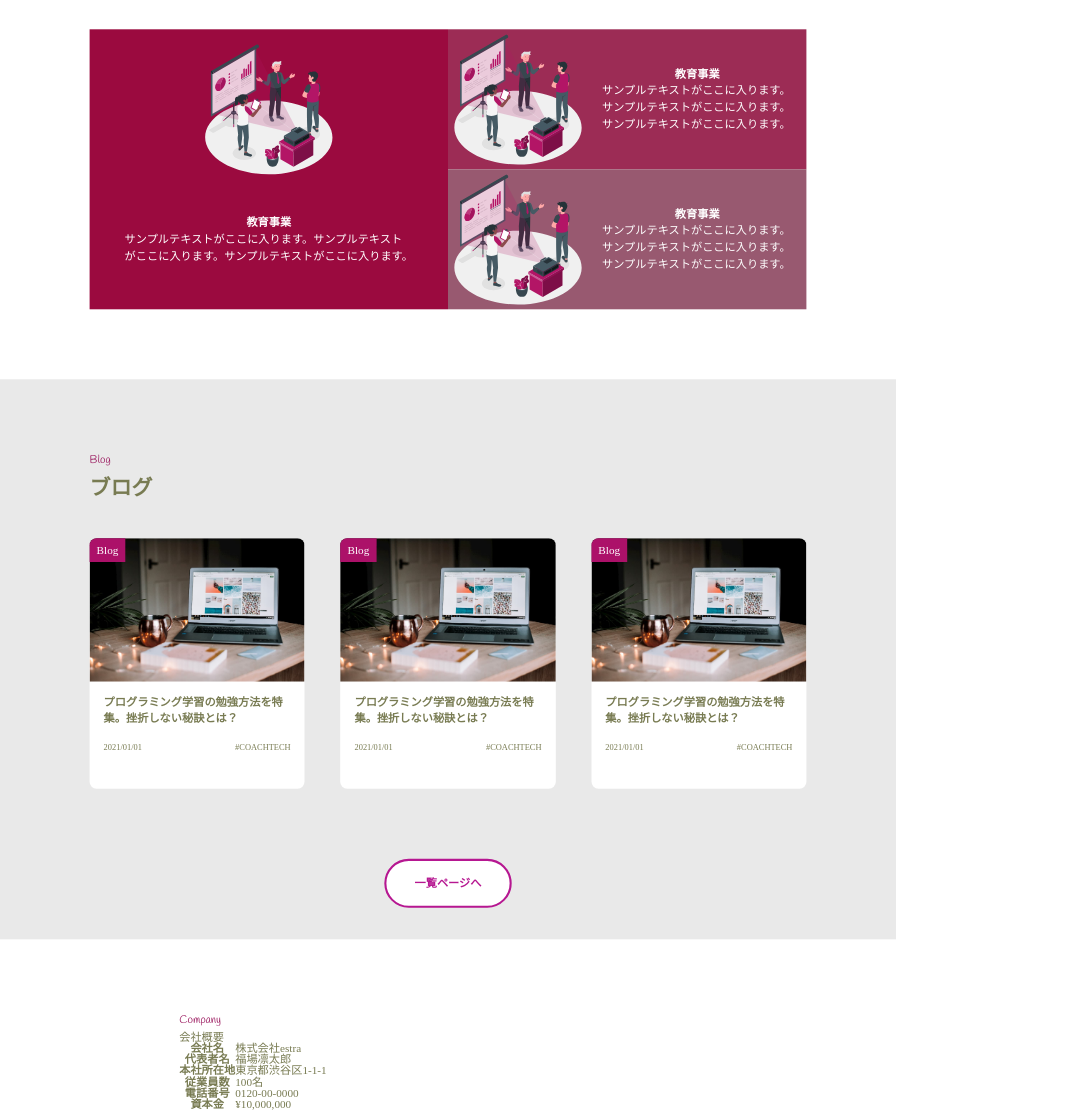
Repository: masanarimiura/20220504miura
Page: index.html
An editor plug-in stored every save of this project. The page is shown before and after the next save, followed by the edit.
The browser window is 1280 px wide. The page is 1536 px wide, so the pictures cover 1536 px, including what lies to the right of the window. The pictures show the part of the page from y = 1877 to 3477 px (the page is 3463 px tall before and 3477 px after), at 70% of full size.
Some web fonts or font styles are not loaded; a fallback is used.

Above is the page before, as saved 2022-05-05 00:51:23.

### index.html
<!DOCTYPE html>
<html lang="ja">

<head>
  <meta charset="UTF-8">
  <meta http-equiv="X-UA-Compatible" content="IE=edge">
  <meta name="viewport" content="width=device-width, initial-scale=1.0">
  <title>20220504miura</title>
  <link rel="stylesheet" href="css/reset.css">
  <link rel="stylesheet" href="css/style.css">
  <link rel="preconnect" href="https://fonts.googleapis.com">
  <link rel="preconnect" href="https://fonts.gstatic.com" crossorigin>
  <link href="https://fonts.googleapis.com/css2?family=Gochi+Hand&display=swap" rel="stylesheet">
  <link rel="preconnect" href="https://fonts.googleapis.com">
  <link rel="preconnect" href="https://fonts.gstatic.com" crossorigin>
  <link href="https://fonts.googleapis.com/css2?family=Handlee&display=swap" rel="stylesheet">
</head>

<header class="header">
  <div class="header-inner">
    <div class="header-logo">
      <a href="">ssssssss
        <img src="img/estra_logo.png" alt="">
      </a>
    </div>
    <nav class="header-nav">
      <ul class="header-nav-list">
        <li class="header-nav-item"><a href="" class="header-nav-link">
            News
          </a></li>
        <li class="header-nav-item"><a href="" class="header-nav-link">
            About
          </a></li>
        <li class="header-nav-item"><a href="" class="header-nav-link">
            Service
          </a></li>
        <li class="header-nav-item"><a href="" class="header-nav-link">
            Blog
          </a></li>
        <li class="header-nav-item"><a href="" class="header-nav-link">
            Company
          </a></li>
        <li class="header-nav-item"><a href="" class="header-nav-link">
            Contact
          </a></li>
      </ul>
    </nav>
  </div>
</header>
<div class="firstview">
  <img src="img/firstview.jpg" alt="">
  <div class="firstview-inner">
    <h2 class="firstview-ttl">
      Commit to the <span class="firstview-text-emphasis">growth</span> <br>for everone
    </h2>
    <div class="firstview">
      <p class="firstview-text">
        全ての人の<span class="firstview-text-emphasis">成長</span>にコミットする
      </p>
      <p class="firstview-en">
        Educational Technology Company <br>estra inc 2019
      </p>
    </div>
  </div>
</div>
<div class="news">
  <p class="news-icon icon">News</p>
  <h2 class="news-ttl">新着情報
  </h2>
  <table class="news-table">
    <tr class="news-table-tr">
      <td class="news-table-date">2021/01/01</td>
      <td class="news-table-news">ニュース</td>
      <td class="news-table-text">COACHTECHのサービスが開始されました。</td>
    </tr>
    <tr class="news-table-tr">
      <td class="news-table-date">2021/01/01</td>
      <td class="news-table-news">ニュース</td>
      <td class="news-table-text">COACHTECHのサービスが開始されました。</td>
    </tr>
    <tr class="news-table-tr">
      <td class="news-table-date">2021/01/01</td>
      <td class="news-table-news">ニュース</td>
      <td class="news-table-text">COACHTECHのサービスが開始されました。</td>
    </tr>
    <tr class="news-table-tr">
      <td class="news-table-date">2021/01/01</td>
      <td class="news-table-news">ニュース</td>
      <td class="news-table-text">COACHTECHのサービスが開始されました。</td>
    </tr>
    <tr class="news-table-tr">
      <td class="news-table-date">2021/01/01</td>
      <td class="news-table-news">ニュース</td>
      <td class="news-table-text">COACHTECHのサービスが開始されました。</td>
    </tr>
  </table>
</div>
<div class="about">
  <div class="about-top">
    <div class="about-icon icon">About</div>
    <h2 class="about-ttl">Technology x Coaching</h2>
  </div>
  <div class="about-inner">
    <div class="about-text">
      <p class="about-text-content">
        株式会社estraはデジタル化が遅れている教育業界に最新テクノロジーを導入することによって教育のDXを実現します。　<br><br>
        独自のオペレーションとコーチングを融合した新しい教育の仕組みにより、一人ひとりに合わせた最適な教育を提供します。
      </p>
    </div>
    <img src="img/about.jpg" alt="">
  </div>
</div>
<div class="service">
  <div class="service-top">
    <div class="service-icon icon">Service</div>
    <h2 class="service-ttl">サービス内容</h2>
  </div>
  <div class="service-box">
    <div class="service-box1">
      <img src="img/service__first.svg" alt="" class="service-img">
      <div class="service-explain1">
        <h3 class="service-box-ttl1">教育事業</h3>
        <p class="service-box-text1">サンプルテキストがここに入ります。サンプルテキストがここに入ります。サンプルテキストがここに入ります。</p>
      </div>
    </div>
    <div class="service-box2">
      <img src="img/service__first.svg" alt="" class="service-img">
      <div class="service-explain2">
        <h3 class="service-box-ttl2">教育事業</h3>
        <p class="service-box-text2">サンプルテキストがここに入ります。サンプルテキストがここに入ります。サンプルテキストがここに入ります。</p>
      </div>
    </div>
    <div class="service-box3">
      <img src="img/service__first.svg" alt="" class="service-img">
      <div class="service-explain2">
        <h3 class="service-box-ttl3">教育事業</h3>
        <p class="service-box-text3">サンプルテキストがここに入ります。サンプルテキストがここに入ります。サンプルテキストがここに入ります。</p>
      </div>
    </div>
  </div>
</div>
<div class="blog">
  <div class="blog-top">
    <div class="blog-icon icon">Blog</div>
    <h2 class="blog-ttl">ブログ</h2>
  </div>
  <div class="blog-main">
    <div class="blog-card">
      <img src="img/blog__first.jpg" alt="">
      <div class="blog-noti">Blog</div>
      <div class="blog-text">
        <p class="blog-text-content">プログラミング学習の勉強方法を特集。挫折しない秘訣とは？</p>
        <div class="blog-last">
          <div class="blog-date">2021/01/01</div>
          <div class="blog-tag">#COACHTECH</div>
        </div>
      </div>
    </div>
    <div class="blog-card">
      <img src="img/blog__first.jpg" alt="">
      <div class="blog-noti">Blog</div>
      <div class="blog-text">
        <p class="blog-text-content">プログラミング学習の勉強方法を特集。挫折しない秘訣とは？</p>
        <div class="blog-last">
          <div class="blog-date">2021/01/01</div>
          <div class="blog-tag">#COACHTECH</div>
        </div>
      </div>
    </div>
    <div class="blog-card">
      <img src="img/blog__first.jpg" alt="">
      <div class="blog-noti">Blog</div>
      <div class="blog-text">
        <p class="blog-text-content">プログラミング学習の勉強方法を特集。挫折しない秘訣とは？</p>
        <div class="blog-last">
          <div class="blog-date">2021/01/01</div>
          <div class="blog-tag">#COACHTECH</div>
        </div>
      </div>
    </div>
  </div>
  <div class="blog-btn">
    <a href="http://" class="blog-link">一覧ページへ</a>
  </div>
</div>
<div class="company">
  <div class="company-top">
    <div class="company-icon icon">Company</div>
    <div class="company-ttl">会社概要</div>
  </div>
  <table class="company-table">
    <tr class="company-tr">
      <th>会社名</th>
      <td>株式会社estra</td>
    </tr>
    <tr class="company-tr">
      <th>代表者名</th>
      <td>福場凛太郎</td>
    </tr>
    <tr class="company-tr">
      <th>本社所在地</th>
      <td>東京都渋谷区1-1-1</td>
    </tr>
    <tr class="company-tr">
      <th>従業員数</th>
      <td>100名</td>
    </tr>
    <tr class="company-tr">
      <th>電話番号</th>
      <td>0120-00-0000</td>
    </tr>
    <tr class="company-tr">
      <th>資本金</th>
      <td>&yen10,000,000</td>
    </tr>
  </table>
</div>

<body>

</body>

</html>

### css/style.css
* {
  color: rgb(120, 123, 82);
}
a {
  text-decoration: none;
  color: inherit;
}
.header {
  width: 100%;
}
.header-inner {
  display: flex;
  justify-content: space-between;
  margin: 10px 20px;
}
.header img {
  width: 100px;
}
.header-nav {
  margin: 10px 20px;
}
.header-nav-list {
  display: flex;
  justify-content: center;
}
.header-nav-item:not(:last-child) {
  padding-right: 20px;
}
.firstview {
  width: 100%;
  position: relative;
}
.firstview-inner {
  position: absolute;
  top: 20%;
  left: 20%;
  width: 100%;
}
.firstview img {
  width: 60%;
  margin: 0 0 0 auto;
  display: block;
}
.firstview-ttl {
  color: rgb(119, 21, 70);
  font-size: 50px;
  font-family: "Gochi Hand", cursive;
  line-height: 1.5;
}
.firstview-text {
  color: rgb(119, 21, 70);
  font-size: 20px;
  margin-top: 30px;
}
.firstview-en {
  line-height: 1.5;
  margin-top: 10px;
}
.firstview-text-emphasis {
  color: rgb(32, 134, 172);
  font-weight: bold;
}
.news {
  margin: 100px auto 0;
  width: 60%;
}
.icon {
  color: rgb(153, 21, 92);
  font-family: "Handlee", cursive;
  line-height: 2;
}
.news-ttl {
  font-size: 30px;
  color: rgb(114, 110, 95);
}
.news-table {
  align-items: center;
  border-top: 2px solid rgb(114, 110, 95);
  border-bottom: 2px solid rgb(114, 110, 95);
  margin-top: 20px;
}
.news-table-tr {
  border-bottom: 1px solid rgb(182, 177, 160);
  padding: 30px 0;
}
.news-table-tr td {
  padding: 20px 20px 20px 0;
}
.news-table-news {
  background-color: brown;
  display: inline-block;
  padding: 1px 1px;
  border-radius: 6px;
  margin: 0 0;
  text-align: center;
  align-items: center;
  color: #fff;
}
.about {
  width: 100%;
  background-color: rgb(233, 233, 233);
  margin-top: 100px;
  line-height: 1.5;
  height: 500px;
  padding: 50px 0 20px;
}
.about-top {
  text-align: center;
  margin: 20px;
}
.about-ttl {
  font-size: 30px;
  margin-bottom: 50px;
}
.about-inner {
  display: flex;
  justify-content: space-around;
}
.about-text {
  width: 30%;
}
.about-inner img {
  width: 30%;
}
.service {
  width: 80%;
  margin: 100px auto 0;
}
.service-top {
  margin-bottom: 50px;
}
.service-ttl {
  font-size: 30px;
}
.service-box {
  display: grid;
  grid-template-rows: 50% 50%;
  grid-template-columns: 50% 50%;
}
.service-box1 img,
.service-box2 img,
.service-box3 img {
  width: 200px;
  display: inline-block;
}
.service-box1 img {
  margin: 0 auto;
}
.service-box-ttl1,
.service-box-ttl2,
.service-box-ttl3,
.service-box-text1,
.service-box-text2,
.service-box-text3 {
  color: #fff;
}
.service-box-ttl1,
.service-box-ttl2,
.service-box-ttl3 {
  text-align: center;
}
.service-box1 {
  grid-column: 1/2;
  grid-row: 1/3;
  background-color: rgb(155, 10, 63);
  width: 100%;
  display: flex;
  flex-direction: column;
  justify-content: center;
}
.service-explain1 {
  line-height: 1.5;
  margin: 50px;
}
.service-box2 {
  grid-column: 2/3;
  grid-row: 1/2;
  background-color: rgb(156, 44, 85);
  width: 100%;
  display: flex;
  align-items: center;
}
.service-explain2 {
  line-height: 1.5;
  margin: 50px 20px;
}
.service-box3 {
  grid-column: 2/3;
  grid-row: 2/3;
  background-color: rgb(152, 89, 112);
  width: 100%;
  display: flex;
  align-items: center;
}
.service-explain3 {
  line-height: 1.5;
  margin: 50px 20px;
}
.blog {
  width: 100%;
  background-color: rgb(233, 233, 233);
  margin: 100px auto 0;
  line-height: 1.5;
  height: 700px;
  padding: 100px 0 0px;
}
.blog-top {
  width: 80%;
  margin: 0px auto auto;
}
.blog-ttl {
  font-size: 30px;
}
.blog-main {
  margin: 50px 10% auto;
  display: flex;
  justify-content: space-between;
}
.blog-card {
  width: 30%;
  border-radius: 10px;
  position: relative;
  background: #fff;
}
.blog-card img {
  width: 100%;
  border-radius: 10px 10px 0 0;
}
.blog-noti {
  position: absolute;
  top: 0;
  left: 0;
  background-color: rgb(172, 17, 105);
  color: #fff;
  padding: 5px 10px;
  border-radius: 10px 0 0 0;
}
.blog-text {
  padding: 10px 20px;
}
.blog-text-content {
  font-weight: bold;
}
.blog-last {
  margin: 20px 0;
  padding-bottom: 20px;
  display: flex;
  justify-content: space-between;
  font-size: 12px;
}
.blog-btn {
  display: flex;
  justify-content: center;
  margin: 100px;
}
.blog-link {
  background-color: #fff;
  padding: 20px 40px;
  border: 3px solid rgb(182, 23, 145);
  border-radius: 50px;
  font-weight: bold;
  color: rgb(182, 23, 145);
}
.company {
  width: 60%;
  margin: 100px auto 0;
}
.company-ttl {
  font-size: ;
}

Loaded but not shown: css/reset.css (common file)

After the next save:
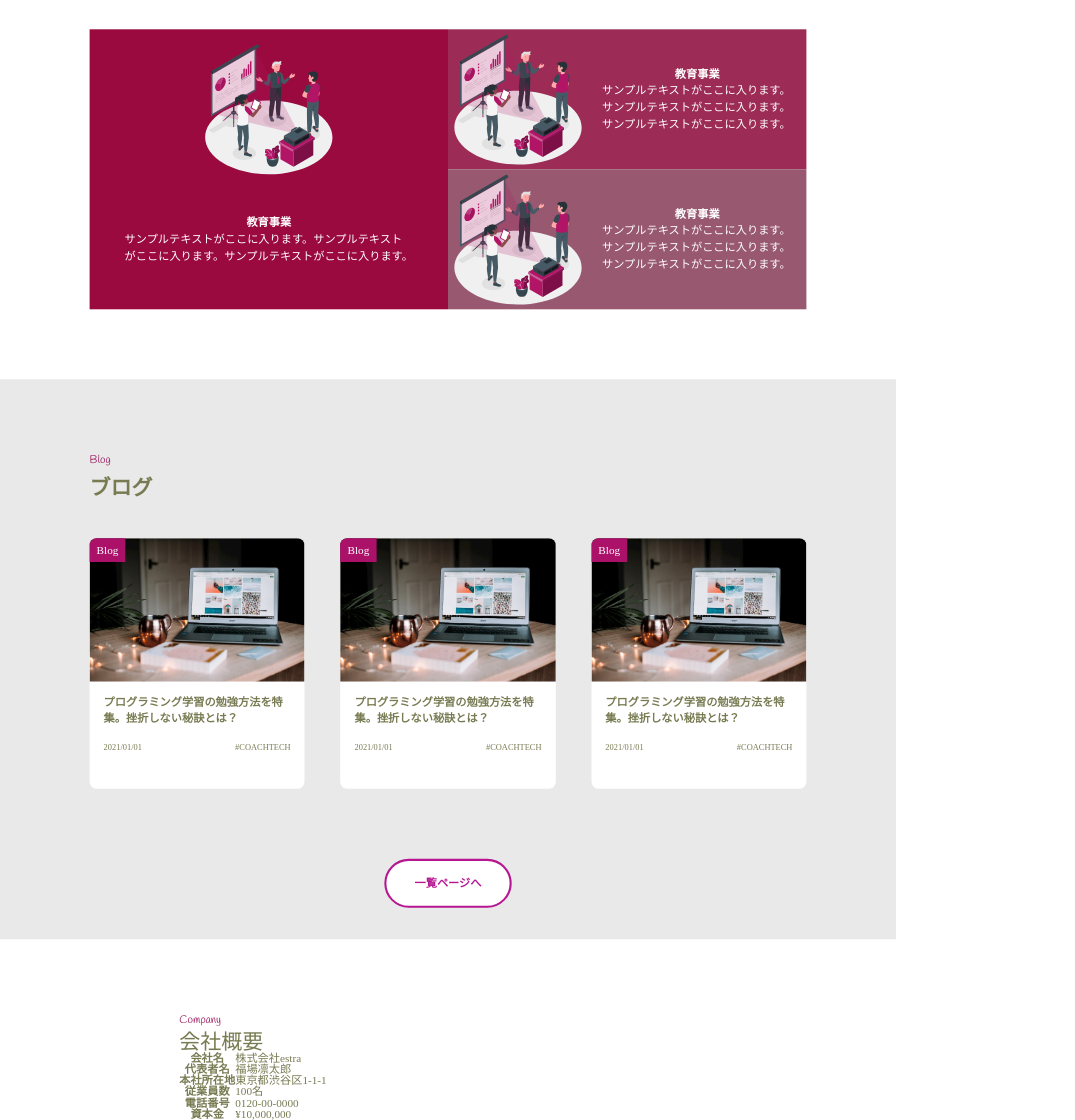
Saved 8 s later.
--- a/css/style.css
+++ b/css/style.css
@@ -266,5 +266,5 @@ a {
   margin: 100px auto 0;
 }
 .company-ttl {
-  font-size: ;
-}
+  font-size: 30px;
+}
